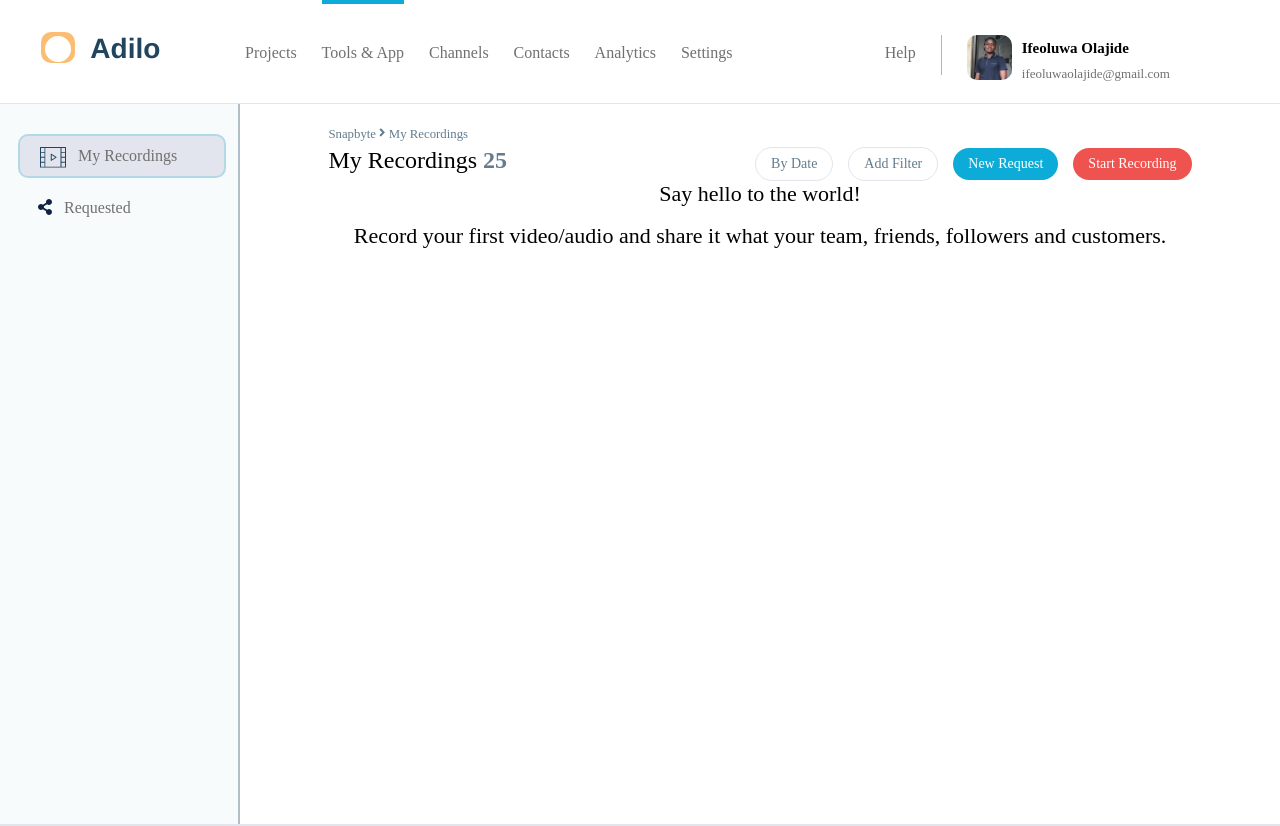
Repository: olhighjay/video_recorder
Page: /
The author's editor kept a copy of each file at every save. The page is drawn from the files as they stood at one save, then again after the next save.
The browser window is 1280 px wide. The pictures show the whole page.
Some web libraries are served in a nearby version. The project was rebuilt for these pictures with package versions that can differ from the ones it lists, and the page was loaded fresh each time. Also part of the build but not shown: vue.config.js.

Above is the page before, as saved 2022-07-29 05:23:53.

After the next save:
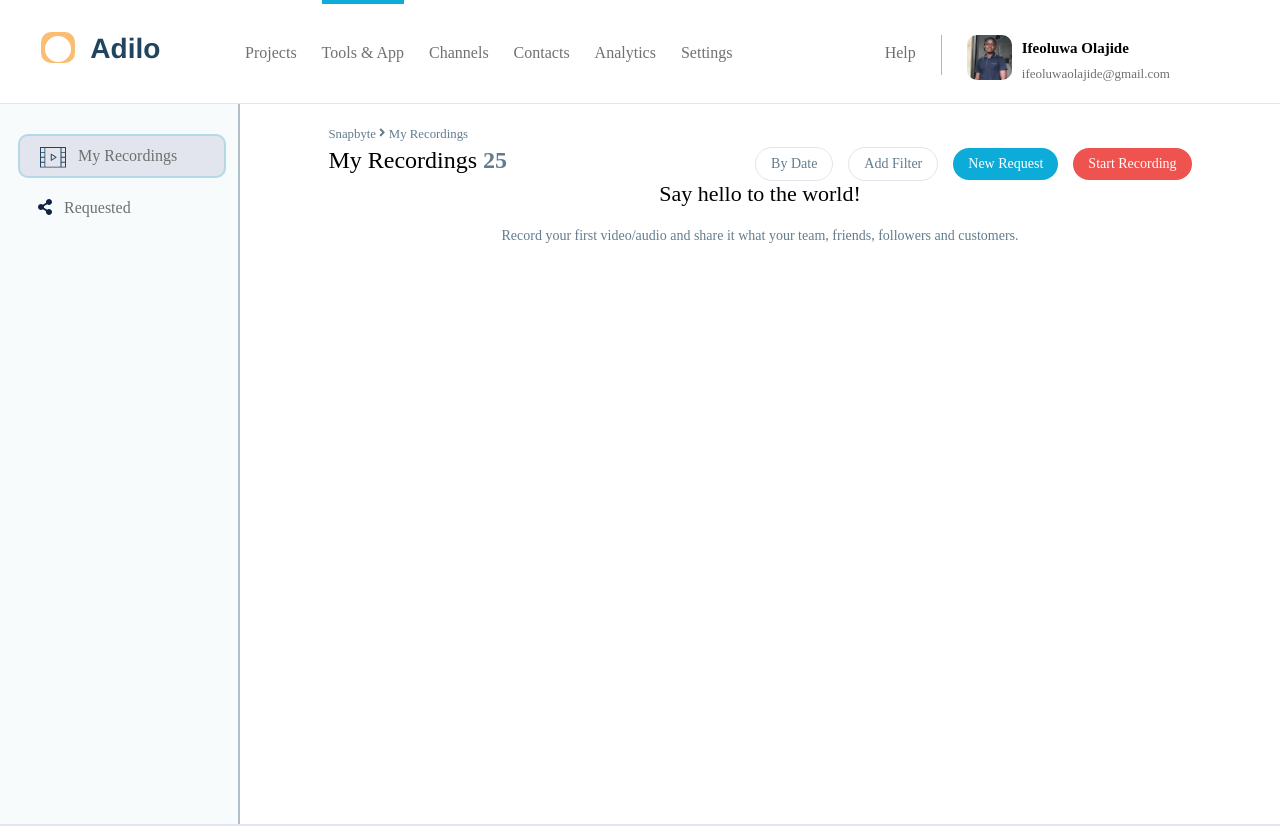
Saved 44 s later.
--- a/src/App.vue
+++ b/src/App.vue
@@ -23,7 +23,7 @@
             </div>
             <div>
               <p style="color: #000; font-size: 22px; text-align:center; font-weight:medium">Say hello to the world!</p>
-              <p style="color: #000; font-size: 22px; text-align:center; font-weight:medium">Record your first video/audio and share it what your team, friends, followers and customers.</p>
+              <p style="color: #637C8E; font-size: 14px; text-align:center;">Record your first video/audio and share it what your team, friends, followers and customers.</p>
             </div>
           </div>
         </div>
